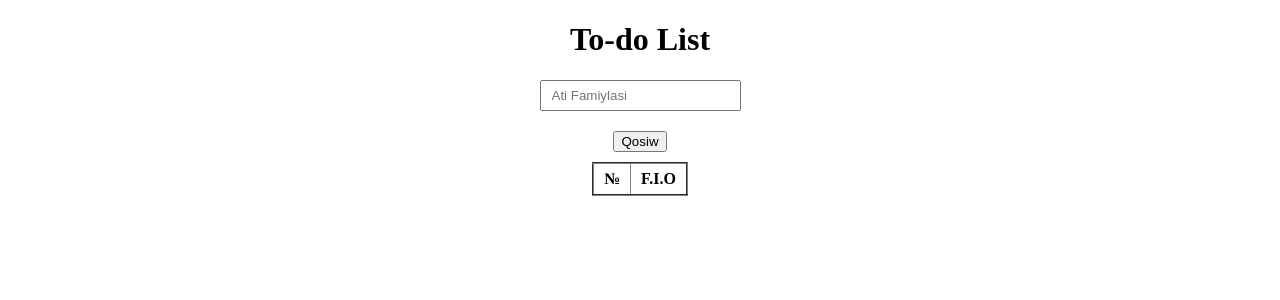
Repository: atamuratov777/my-to-do-list
Page: index.html
The author's editor kept a copy of each file at every save. The page is drawn from the files as they stood at one save, then again after a run of saves.
The browser window is 1280 px wide. The pictures show the whole page.

Above is the page before, as saved 2026-06-18 13:56:55.

After the next 6 saves:
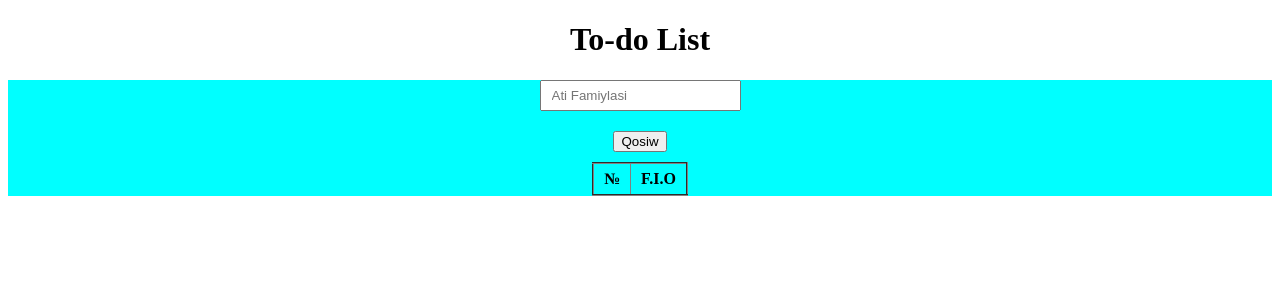
The 6 saves are shown as one change because they came seconds apart.
The last was saved 17 s later.
--- a/style.css
+++ b/style.css
@@ -3,7 +3,9 @@
     height: 200px;
     background-color: aqua;
 }
-
+.card{
+    background-color: aqua;
+}
 h1{
     text-align: center;
 }
